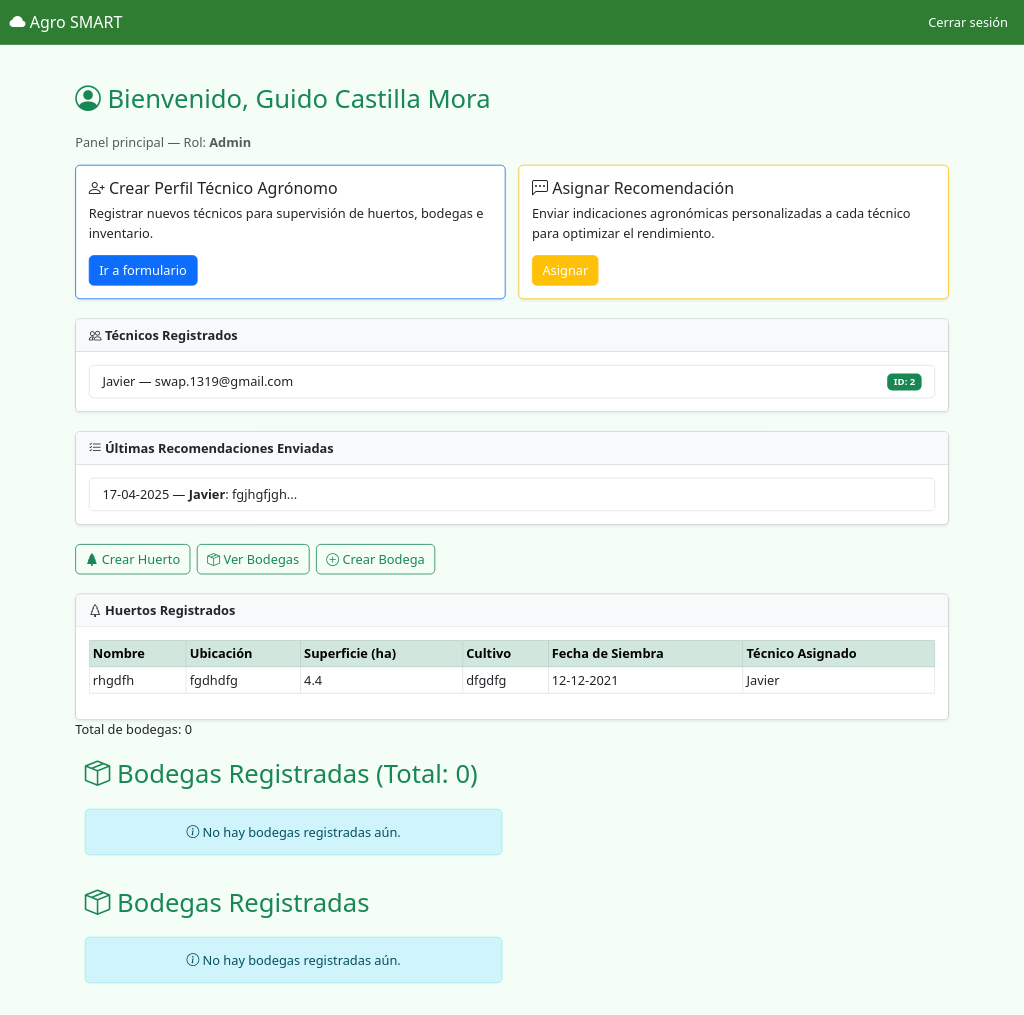
Repository: eikos4/Agrodeskv3
Page: http://localhost/dashboard
These files come from the project's save history. The page is drawn as it stood at one moment and after the next save; the edit follows.
The browser window is 1280 px wide. The pictures show the whole page, at 80% of full size.
The page is served by the project's application, run on Flask 3 (app/__init__.py). The user the application loads for id 1 is signed in. The page reads the database file committed with the project.

Above is the page before, as saved 2025-04-14 11:36:49.

After the next save:
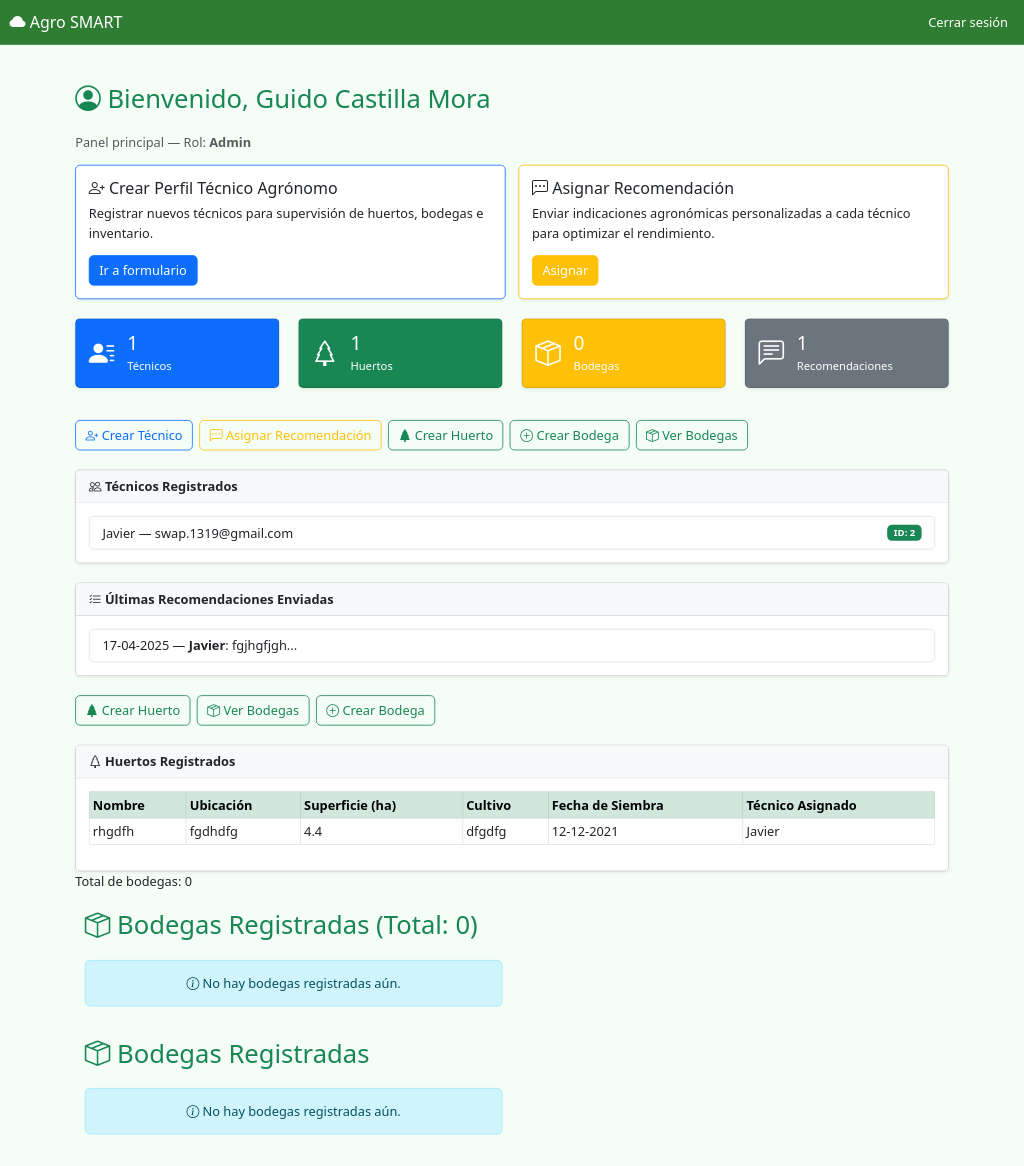
Saved 43 s later.
--- a/app/templates/dashboard.html
+++ b/app/templates/dashboard.html
@@ -45,6 +45,86 @@
         </div>
       </div>
     </div>
+
+       <!-- Panel de Indicadores Administrativos -->
+       <div class="row mb-4">
+        <!-- Total de Técnicos -->
+        <div class="col-md-3 mb-3">
+          <div class="card text-white bg-primary shadow-sm">
+            <div class="card-body">
+              <div class="d-flex align-items-center">
+                <i class="bi bi-person-lines-fill fs-2 me-3"></i>
+                <div>
+                  <h4 class="card-title mb-0">{{ tecnicos|length }}</h4>
+                  <small>Técnicos</small>
+                </div>
+              </div>
+            </div>
+          </div>
+        </div>
+        <!-- Total de Huertos -->
+        <div class="col-md-3 mb-3">
+          <div class="card text-white bg-success shadow-sm">
+            <div class="card-body">
+              <div class="d-flex align-items-center">
+                <i class="bi bi-tree fs-2 me-3"></i>
+                <div>
+                  <h4 class="card-title mb-0">{{ huertos|length }}</h4>
+                  <small>Huertos</small>
+                </div>
+              </div>
+            </div>
+          </div>
+        </div>
+        <!-- Total de Bodegas -->
+        <div class="col-md-3 mb-3">
+          <div class="card text-white bg-warning shadow-sm">
+            <div class="card-body">
+              <div class="d-flex align-items-center">
+                <i class="bi bi-box-seam fs-2 me-3"></i>
+                <div>
+                  <h4 class="card-title mb-0">{{ bodegas|length }}</h4>
+                  <small>Bodegas</small>
+                </div>
+              </div>
+            </div>
+          </div>
+        </div>
+        <!-- Últimas Recomendaciones -->
+        <div class="col-md-3 mb-3">
+          <div class="card text-white bg-secondary shadow-sm">
+            <div class="card-body">
+              <div class="d-flex align-items-center">
+                <i class="bi bi-chat-left-text fs-2 me-3"></i>
+                <div>
+                  <h4 class="card-title mb-0">{{ ultimas_recomendaciones|length }}</h4>
+                  <small>Recomendaciones</small>
+                </div>
+              </div>
+            </div>
+          </div>
+        </div>
+      </div>
+
+      <!-- Acciones Administrativas -->
+      <div class="d-flex flex-wrap gap-2 mb-4">
+        <a href="{{ url_for('admin.crear_tecnico') }}" class="btn btn-outline-primary">
+          <i class="bi bi-person-plus"></i> Crear Técnico
+        </a>
+        <a href="{{ url_for('admin.recomendar') }}" class="btn btn-outline-warning">
+          <i class="bi bi-chat-left-dots"></i> Asignar Recomendación
+        </a>
+        <a href="{{ url_for('admin.crear_huerto') }}" class="btn btn-outline-success">
+          <i class="bi bi-tree-fill"></i> Crear Huerto
+        </a>
+        <a href="{{ url_for('admin.crear_bodega') }}" class="btn btn-outline-success">
+          <i class="bi bi-plus-circle"></i> Crear Bodega
+        </a>
+        <a href="{{ url_for('admin.listar_bodegas') }}" class="btn btn-outline-success">
+          <i class="bi bi-box-seam"></i> Ver Bodegas
+        </a>
+      </div>
+
 
     <!-- Técnicos Registrados -->
     <div class="card mb-4 shadow-sm">
